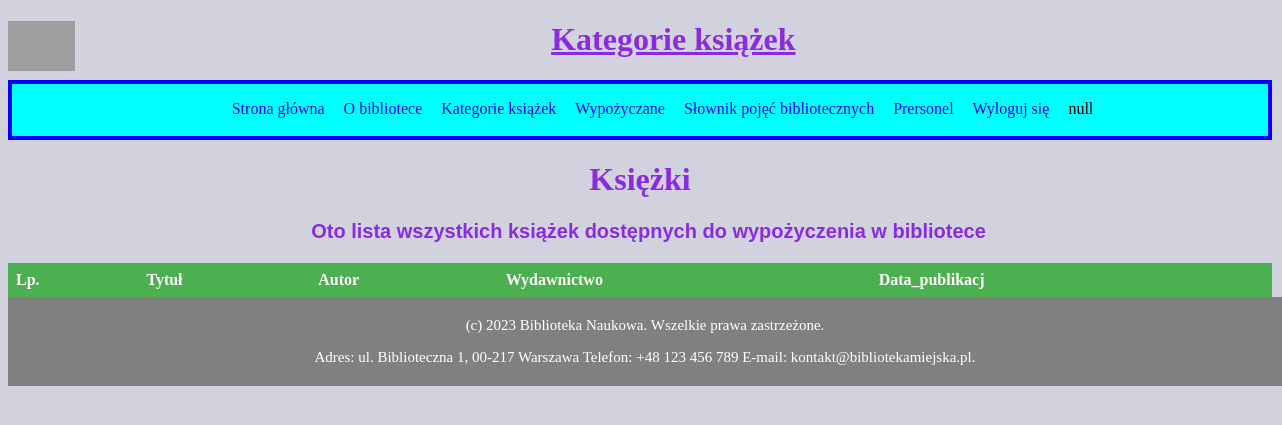
Repository: Dominik098/projekt
Page: http://localhost/biblioteka/C_Kategorie książek.jsp
An editor plug-in stored every save of this project. The page is shown before and after the next save, followed by the edit.
The browser window is 1280 px wide. The page is 1282 px wide, so the pictures cover 1282 px, including what lies to the right of the window. The pictures show the whole page.
Pictures or frames that could not be fetched are drawn as grey boxes. The page is served by Tomcat 9. Other server files are loaded and not shown. Queries for data that is not in the repository find no rows.

Above is the page before, as saved 2023-04-23 17:45:41.

### java projekt/biblioteka/src/main/webapp/C_Kategorie książek.jsp
<%@ page language="java" contentType="text/html; charset=UTF-8"%>


<%@ page import="java.sql.*" %>


 <!DOCTYPE html>
<html lang="en">

<head>
    <meta charset="UTF-8">
    <meta http-equiv="X-UA-Compatible" content="IE=edge">
    <meta name="viewport" content="width=device-width, initial-scale=1.0">
    <link rel="stylesheet" href="C_kategorie.css" type="text/css">

    <link rel="icon" type="image/png" href="3.png" sizes="96x96" />
    <title>Kategorie książek </title>



</head>

<body>
    <tr>
        <td align="center"><img src="logo.jpg" name="ksiazka" align="left" weight="90px" height="50px"></td>
    </tr>
    <h1>
        <center><u>Kategorie książek</u></center>
    </h1>
    <header>
        <nav>
            <ul>
                <li><a href="A_strona-gl.jsp">Strona główna</a></li>
                <li><a href="B_O bibiotece.jsp">O bibliotece</a></li>
                <li><a href="C_Kategorie książek.jsp">Kategorie książek </a></li>
                <li><a href="D_Wypożyczenia.jsp">Wypożyczane </a></li>
                <li><a href="E_Słownik pojęć.jsp">Słownik pojęć bibliotecznych</a></li>
                <li><a href="F_personel.jsp">Prersonel</a></li>
               <!-- <li><a href="G_login.jsp">Logowanie</a></li>
                <li><a href="H_rejestracja.jsp">Rejestracja</a></li>-->
                <li><a href= "logout">Wyloguj się</a></li>
                <li><a > <%=session.getAttribute("email-login") %> </a></li>
            </ul>

        </nav>

    </header>
    <h1>Księżki </h1>

    <h3>Oto lista wszystkich książek dostępnych do wypożyczenia w bibliotece </h3>

<table>
    <tr>
        <th>Lp.</th>
        <th>Tytuł</th>
        <th>Autor</th>
        <th>Wydawnictwo</th>
        <th>Data_publikacj</th>

    </tr>
    <%
        try {
            // Połączenie z bazą danych
            String url = "jdbc:mysql://localhost:3306/Biblioteka";
            String user = "root";
            String password = "P@ssw0rd";
            Connection conn = DriverManager.getConnection(url, user, password);

            // Zapytanie SQL
            String sql = "SELECT * FROM Książki";
            PreparedStatement ps = conn.prepareStatement(sql);
            ResultSet rs = ps.executeQuery();

            // Wyświetlenie wyników zapytania
            int i=0;
            while (rs.next()) { i++;
                String tytuł = rs.getString("tytuł");
                String autor = rs.getString("autor");
                String wydawnictwo = rs.getString("wydawnictwo");
                String data_publikacji = rs.getString("data_publikacji");


    %>
        <tr>
            <td><%= i %></td>
            <td><%= tytuł %></td>
            <td><%= autor %></td>
            <td><%= wydawnictwo %></td>
            <td><%= data_publikacji %></td>

        </tr>
    <%
            }
            // Zamykanie połączenia z bazą danych
            rs.close();
            ps.close();
            conn.close();
        } catch (SQLException e) {
            e.printStackTrace();
        }
    %>
</table>

<script>
    // Funkcja pobierająca plik PDF
    function pobierzPDF(link) {
        window.location.href = link;
    }
</script>


    <footer>
        <p>(c) 2023 Biblioteka Naukowa. Wszelkie prawa zastrzeżone.</p>
        <p>Adres: ul. Biblioteczna 1, 00-217 Warszawa Telefon: +48 123 456 789  E-mail: kontakt@bibliotekamiejska.pl.</p>

    </footer>



</body>

</html>

### java projekt/biblioteka/src/main/webapp/C_kategorie.css
body {
    background-color: rgb(210, 210, 222);

}

header {
    border: 4px;
    background-color: aqua;
    border: 4px solid blue;
    padding-bottom: 2px;
}



h1 {
    text-align: center;
    color: blueviolet;

}

h3 {
    text-align: center;
    margin-left: 17px;
    color: blueviolet;
    font-family: Arial;
    font-size: 20px;

}




ul li {
    display: inline;
    margin-left: 5px;
    padding: 5px;

}

ul {
    text-align: center;
}

a {
    padding-top: 5px;
    padding-bottom: 5px;
    text-decoration: none;
}






footer {
    text-align: center;
    font-size: 15px;
    color: white;
    background-color: gray;


    bottom: 0;
    margin-top: auto;
    width: 100%;
    padding: 5px;
}



table {
        background-color: #f9f9f9;
        border-collapse: collapse;
        width: 100%;
    }

    th, td {
        text-align: left;
        padding: 8px;
    }

    th {
        background-color: #4CAF50;
        color: white;
    }


    tr:hover {
  border-bottom: 2px solid red;
}


.pobierz{

  display: inline-block;
  padding: 10px 20px;
  font-size: 12px;
  font-weight: bold;
  text-align: center;
  text-transform: uppercase;
  color: #fff;
  background-color: #4CAF50;
  border: none;
  border-radius: 5px;
  box-shadow: 0 3px 6px rgba(0, 0, 0, 0.3);
  cursor: pointer;
  transition: background-color 0.3s ease;
}

.pobierz:hover {
  background-color: #0056b3;
}

.klik {
  background-color: transparent;
  border: none;
  cursor: pointer;
  background-color:  aqua;
  border: none;
  border-radius: 5px;
  box-shadow: 0 3px 6px rgba(0, 0, 0, 0.1);
  font-size: 11px;
  font-weight: bold;
  text-align: center;
}

.klik:hover {
  background-color: #0056b3;
  color: #ffffff;
}

.wyloguj{

  display: inline-block;
  padding: 10px 10px;
  font-size: 11px;
  font-weight: bold;
  text-align: center;
  text-transform: uppercase;
  color: black;
  background-color:  aqua;
  border: none;
  border-radius: 5px;
  box-shadow: 0 3px 6px rgba(0, 0, 0, 0.8);
  cursor: pointer;
  transition: background-color 0.3s ease;
}

.wyloguj:hover {
  background-color: #0056b3;
}
 .dodanie{
 display: inline-block;
  padding: 10px 10px;
  font-size: 11px;
  font-weight: bold;
  text-align: center;
  text-transform: uppercase;
  color: black;
  background-color:  rgb(210, 210, 222);
  border: none;
  border-radius: 5px;
  box-shadow: 0 3px 6px rgba(0, 0, 0, 0.6);
  cursor: pointer;
  transition: background-color 0.3s ease;

 }
 .dodanie:hover{
 background-color: #0056b3;
 }
#info{
	text-align: center;

}
 #info_przycisk {
        background-color: #4CAF50;
        color: #fff;
        border: none;
        padding: 5px 10px;
        border-radius: 4px;

        cursor: pointer;
        transition: background-color 0.3s ease;
    }

After the next save:
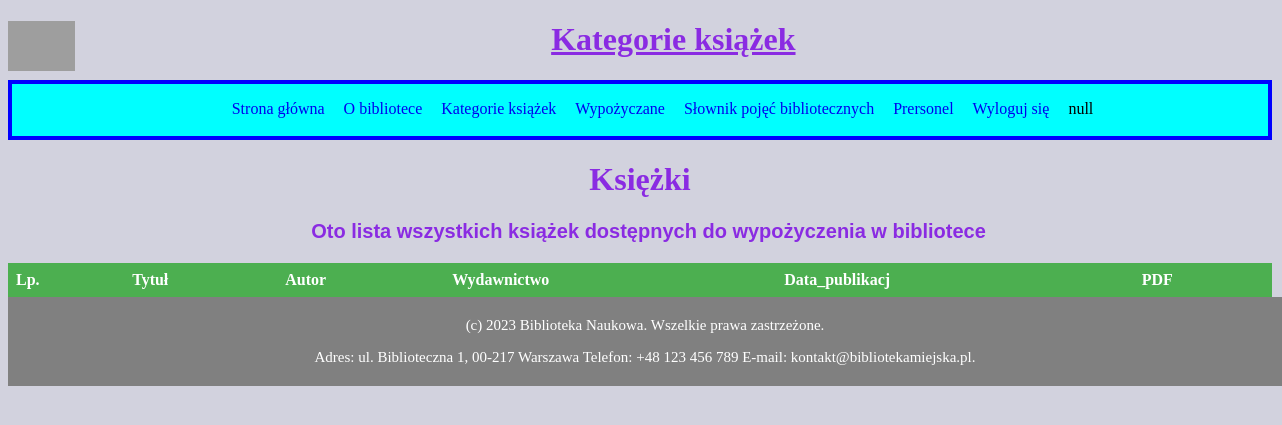
Saved 2 h 45 min later.
--- a/java projekt/biblioteka/src/main/webapp/C_Kategorie książek.jsp
+++ b/java projekt/biblioteka/src/main/webapp/C_Kategorie książek.jsp
@@ -56,6 +56,7 @@
         <th>Autor</th>
         <th>Wydawnictwo</th>
         <th>Data_publikacj</th>
+        <th>PDF</th>
 
     </tr>
     <%
@@ -78,6 +79,7 @@
                 String autor = rs.getString("autor");
                 String wydawnictwo = rs.getString("wydawnictwo");
                 String data_publikacji = rs.getString("data_publikacji");
+                String pdf_link = rs.getString("plik_pdf");
 
 
     %>
@@ -87,6 +89,11 @@
             <td><%= autor %></td>
             <td><%= wydawnictwo %></td>
             <td><%= data_publikacji %></td>
+            	<td><% if (pdf_link != null && !pdf_link.isEmpty()) { %>
+            <a href="<%= pdf_link %>" download>Pobierz</a>
+            <% } else { %>
+            Brak pliku PDF
+            <% } %></td>
 
         </tr>
     <%
